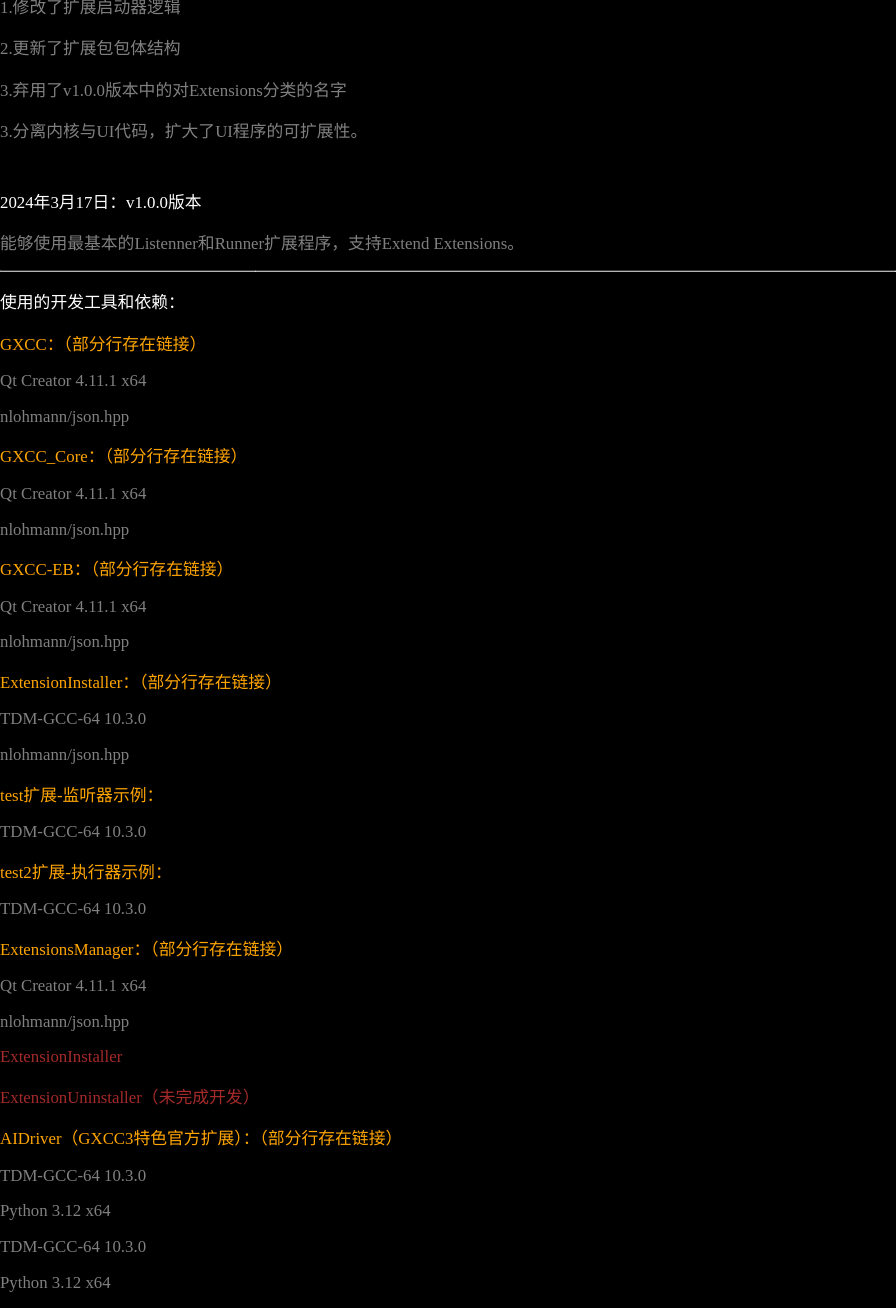
Repository: Lisu-Liso/GXCC
Page: index.html
An editor plug-in stored every save of this project. The page is shown before and after the next save, followed by the edit.
The browser window is 1280 px wide. The pictures show the part of the page from y = 1902 to 3822 px (the page is 3771 px tall before and 3822 px after), at 70% of full size.

Above is the page before, as saved 2024-09-21 19:36:30.

After the next save:
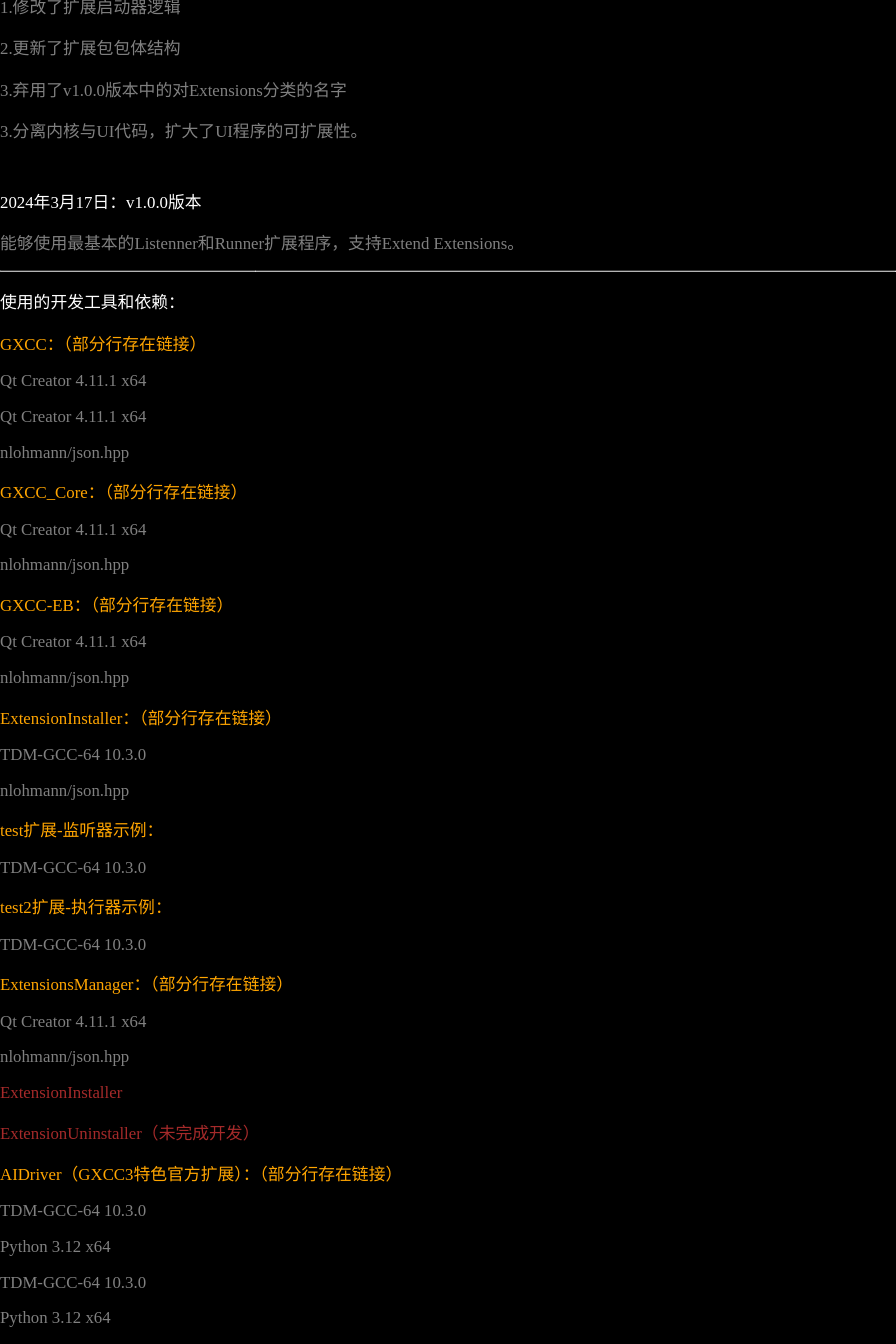
Saved 9 days later.
--- a/index.html
+++ b/index.html
@@ -330,6 +330,7 @@
         <p class="normaltext">使用的开发工具和依赖：</p>
         <p class="normaltext" style="color:orange;">GXCC：（部分行存在链接）</p>
         <p class="normaltext" style="color:grey;">Qt Creator 4.11.1 x64</p>
+        <p class="normaltext" style="color:grey;">Qt Creator 4.11.1 x64</p>
         <a href="https://github.com/nlohmann/json"><p class="normaltext" style="color:grey;">nlohmann/json.hpp</p></a>
         <p class="normaltext" style="color:orange;">GXCC_Core：（部分行存在链接）</p>
         <p class="normaltext" style="color:grey;">Qt Creator 4.11.1 x64</p>
